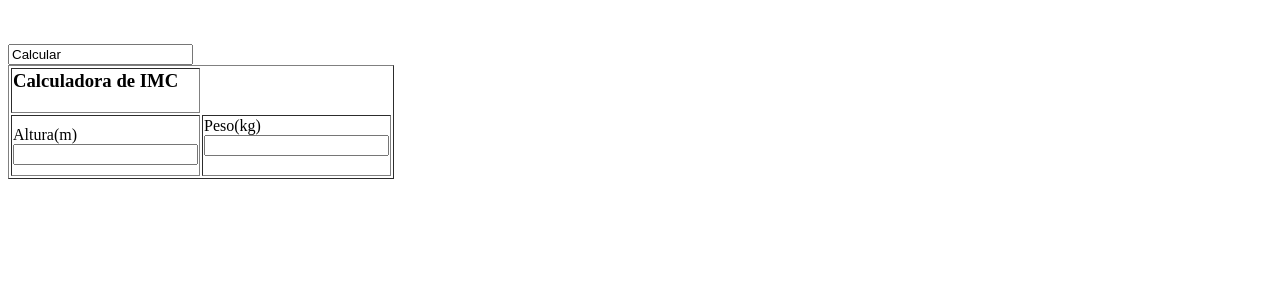
Repository: Patriciamativi/Projetos
Page: index.html
An editor plug-in stored every save of this project. The page is shown before and after a run of saves, followed by the edit.
The browser window is 1280 px wide. The pictures show the whole page.

Above is the page before, as saved 2022-11-17 20:57:37.

After the next 3 saves:
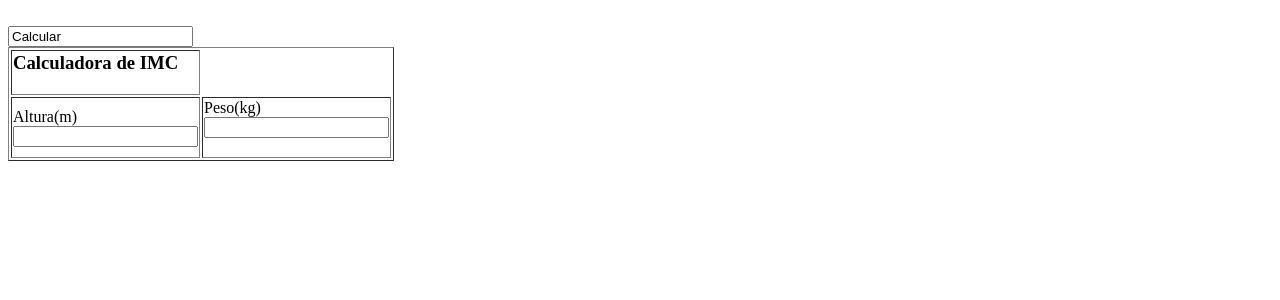
The 3 saves are shown as one change because they came seconds apart.
The last was saved 16 s later.
--- a/index.html
+++ b/index.html
@@ -1,4 +1,4 @@
-<br>
+<html>
 
     <head>
         <title>Calculadora de IMC</title>
